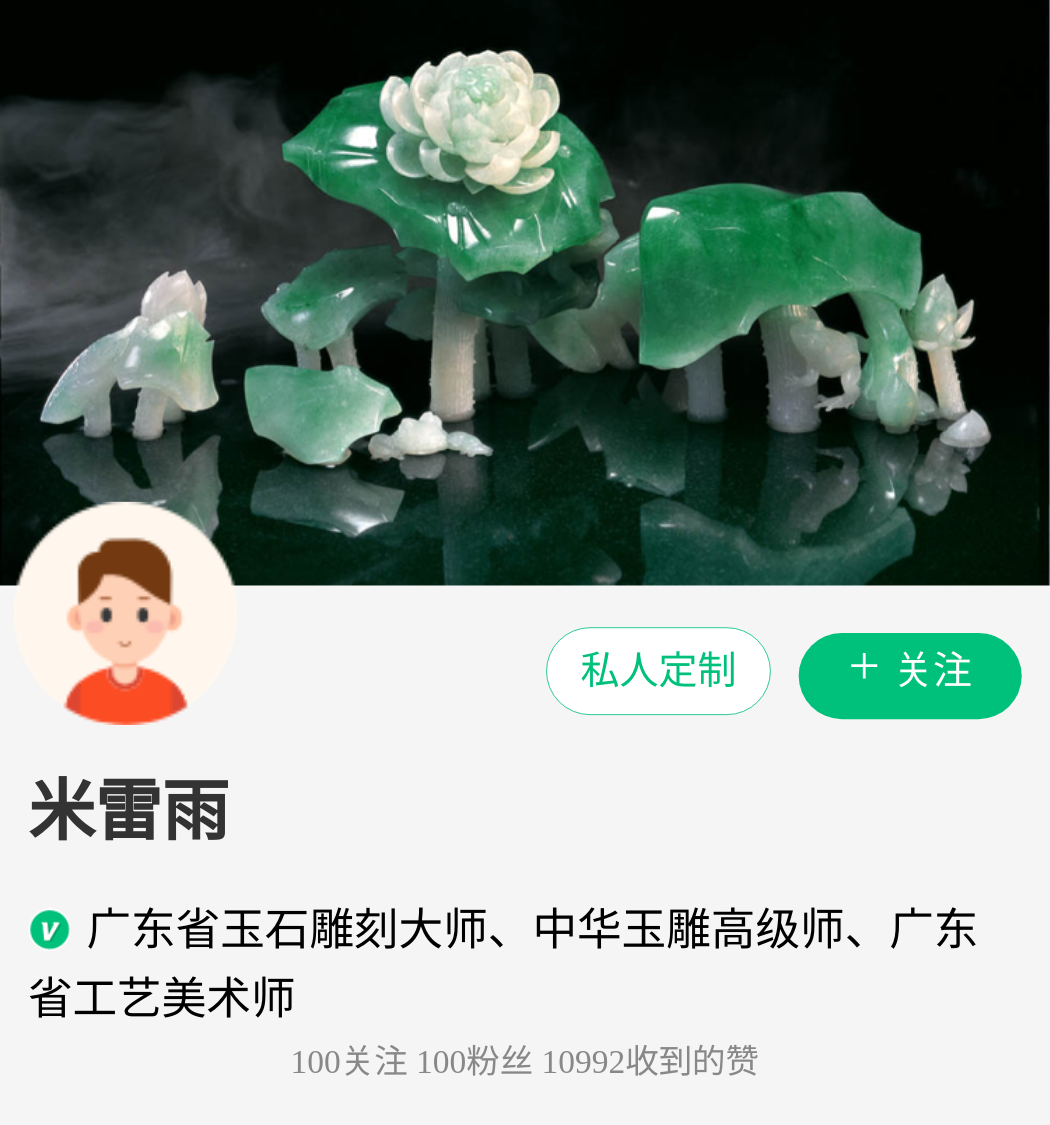
Repository: 1yanglulu/-
Page: html/jadecarvemaincenter.html
The author's editor kept a copy of each file at every save. The page is drawn from the files as they stood at one save, then again after the next save.
The browser window is 1280 px wide. The pictures show the whole page, at 82% of full size.

Above is the page before, as saved 2020-01-07 14:32:53.

### html/jadecarvemaincenter.html
<!DOCTYPE html>
<html lang="en">
<head>
  <meta charset="UTF-8">
  <meta name="viewport" content="width=device-width, user-scalable=no, initial-scale=1.0, maximum-scale=1.0, minimum-scale=1.0">
  <meta http-equiv="X-UA-Compatible" content="ie=edge">
  <title>玉雕师详情</title>
  <link rel="stylesheet" href="../css/common.css">
  <link rel="stylesheet" href="../css/jadecarvemaincenter.css">
</head>
<body class="bac-color">
  <div class="jade-main-center">
    <div class="top-banner">
      <img src="../images/mainbac.png" alt="" class="banner-bac">
    </div>
    <div class="avatar-box">
      <img src="../images/defaultImg.png" alt="" class="default-img">
      <div class="btn-box fn">
        <a href="javascript:void(0);" class="self-made">私人定制</a>
        <div class="follow-btn"><span class="add-icon">+</span>关注</div>
      </div>
      <div class="jade-name">
        米雷雨
      </div>
      <div class="jade-introduce fn">
        <img src="../images/vipicon.png" alt="vip" class="vip-icon">
        <span class="touxian">广东省玉石雕刻大师、中华玉雕高级师、广东省工艺美术师</span>
      </div>
      <div class="jade-hot-num">
        <span class="for-num">100</span>关注
        <span class="for-num">100</span>粉丝
        <span class="for-num">10992</span>收到的赞
      </div>
    </div>
  </div>
  <script src="../js/jquery-3.3.1.min.js"></script>
  <script src="../js/rem.js"></script>
  <script src="../js/jadecarvemaincenter.js"></script>
  <script></script>
</body>
</html>

### css/common.css
h2,body,div,html,ul,li,a,img{
  margin: 0;
  padding: 0;
}
a,img{
  display:block;
}
.fn{
  font-size:0;
}
ul{
  margin-block-start: 0;
  margin-block-end: 0;
  padding-inline-start: 0;
}
ul li{
  list-style: none;
}
a{
  text-decoration: none;
}
.clearfix:after{/*伪元素是行内元素 正常浏览器清除浮动方法*/
  content: "";
  display: block;
  height: 0;
  clear:both;
  visibility: hidden;
}
.clearfix{
  *zoom: 1;/*ie6清除浮动的方式 *号只有IE6-IE7执行，其他浏览器不执行*/
}
.fl{
  float: left;
}
.fr{
  float:right;
}
.bac-color{
  /* background:rgb(248,248,248); */
  background: #f5f5f5;
}

### css/jadecarvemaincenter.css
.jade-main-center{
  width: 100%;
}
.banner-bac{
  width: 100%;
  height: 4.2rem;
  display: block
}
.default-img{
  width: 1.6rem;
  height: 1.6rem;
}
.avatar-box{
  position: relative;
}
.default-img{
  position: absolute;
  left:.1rem;
  top:-.6rem;

}
.avatar-box{
  padding:0 .2rem 0.3rem;
}
.btn-box{
  text-align: right;
  padding: .3rem 0;
}
.self-made{
  display: inline-block;
  padding: 0 .24rem;
  text-align: center;
  line-height: .62rem;
  border: 1px solid #00C17B;
  border-radius:.33rem;
  background: #fff;
  font-size: .28rem;
  color: #00C17B;
  margin-right: .2rem;
}
.follow-btn{
  width: 1.6rem;
  height: .62rem;
  text-align: center;
  background: #00C17B;
  border-radius:.33rem;
  font-size: .28rem;
  color: #FFFFFF;
  display: inline-block;
}
.add-icon{
  font-size: .4rem;
  color: #FFFFFF;
  margin-right: .1rem;
}
.jade-name{
  font-size: .48rem;
  color: #333333;
  line-height: .58rem;
  text-align: left;
  margin-top: .08rem;
  font-weight: bold;
  margin-bottom: .3rem;
}
.jade-introduce{
}
.vip-icon{
  width: .32rem;
  height: .32rem;
  display: inline-block;
  margin-right: .1rem;
  vertical-align: middle;
}
.touxian{
  font-size: .32rem;
  color: #000000;
  line-height: .5rem;
  vertical-align: middle;
}
.jade-hot-num{
  font-size: .24rem;
  color: #888888;
  text-align: center;
}
.jade-hot-num .for-num{

}

### js/rem.js
(function (doc, win) {
    var docEl = doc.documentElement,
        resizeEvt = 'orientationchange' in window ? 'orientationchange' : 'resize',
        recalc = function () {
            var clientWidth = docEl.clientWidth;
            if (!clientWidth) return;
            docEl.style.fontSize =Math.floor(100*(clientWidth / 750))+ 'px';
        };
    if (!doc.addEventListener) return;
    win.addEventListener(resizeEvt, recalc, false);
    doc.addEventListener('DOMContentLoaded', recalc, false);
})(document,window);

Loaded but not shown: js/jquery-3.3.1.min.js (library); js/jadecarvemaincenter.js (no stored copy; drawn as an empty file)

After the next save:
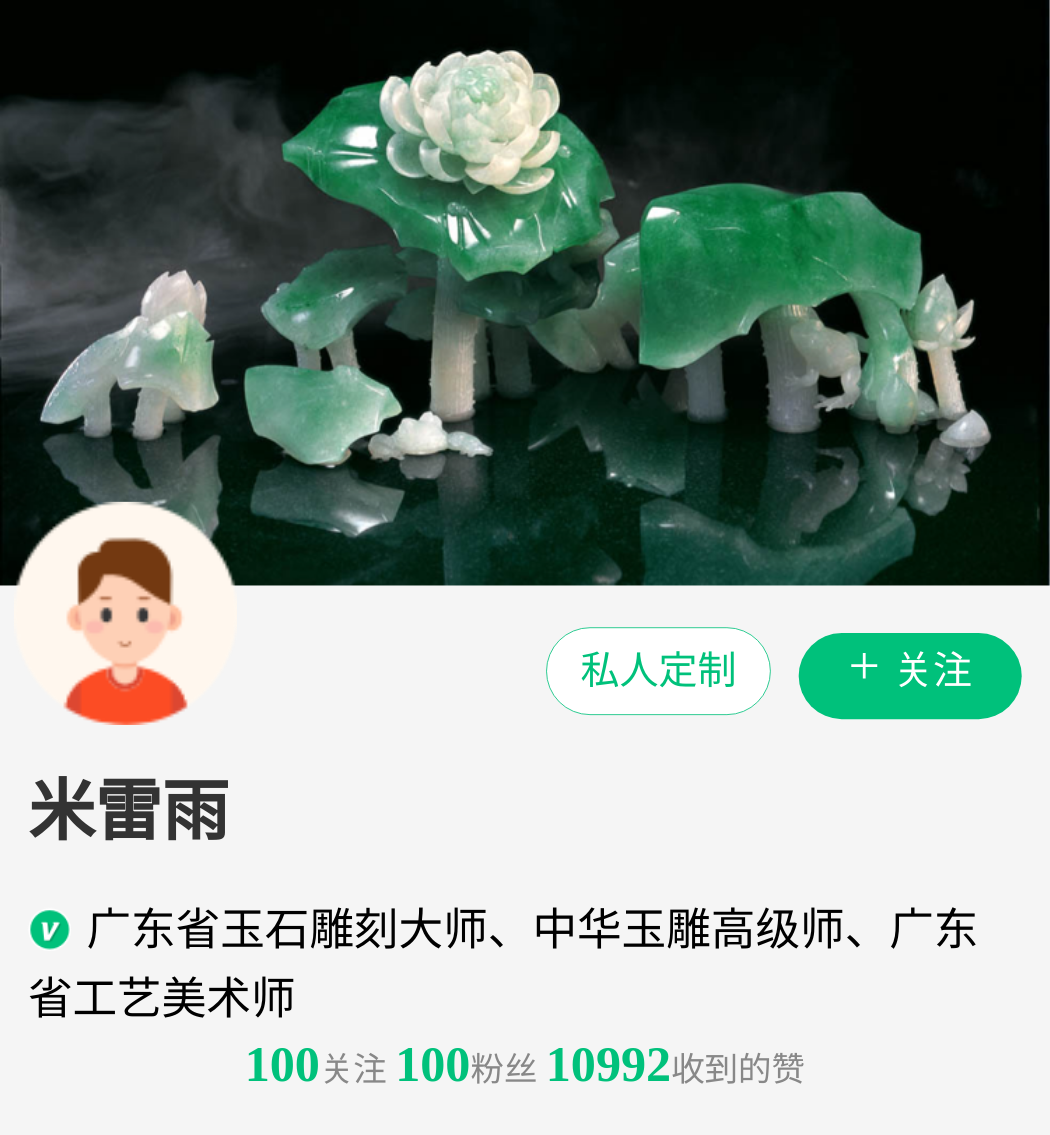
Saved 19 s later.
--- a/css/jadecarvemaincenter.css
+++ b/css/jadecarvemaincenter.css
@@ -83,5 +83,8 @@
   text-align: center;
 }
 .jade-hot-num .for-num{
-
+  font-size: .36rem;
+  color: #00C17B;
+  text-align: center;
+  font-weight: bold;
 }
